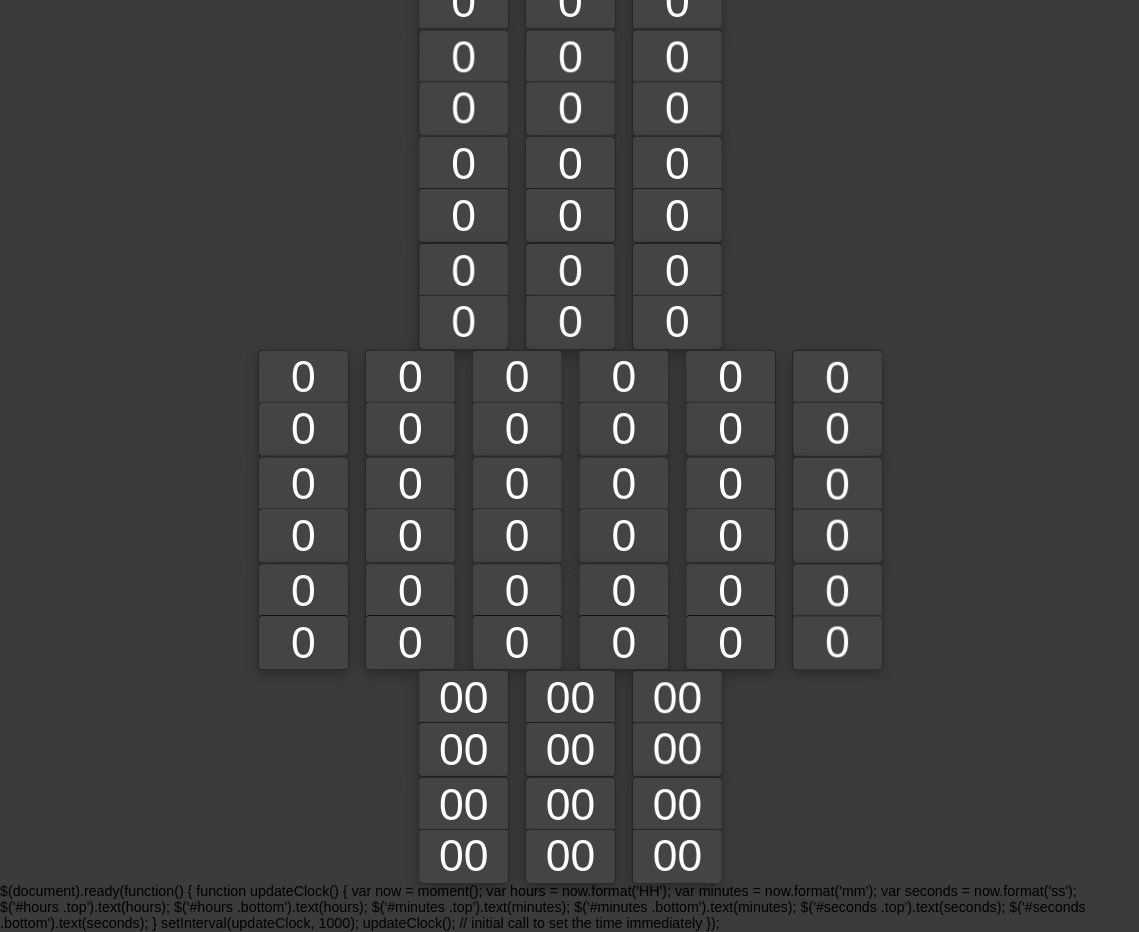
Repository: ThibautCptr/flip_clock
Page: index.html
The author's editor kept a copy of each file at every save. The page is drawn from the files as they stood at one save, then again after the next save.
The browser window is 1280 px wide. The pictures show the whole page, at 89% of full size.
Some web libraries are served in a nearby version.

Above is the page before, as saved 2024-09-18 18:51:11.
Console error: TypeError: $(...).FlipClock is not a function

After the next save:
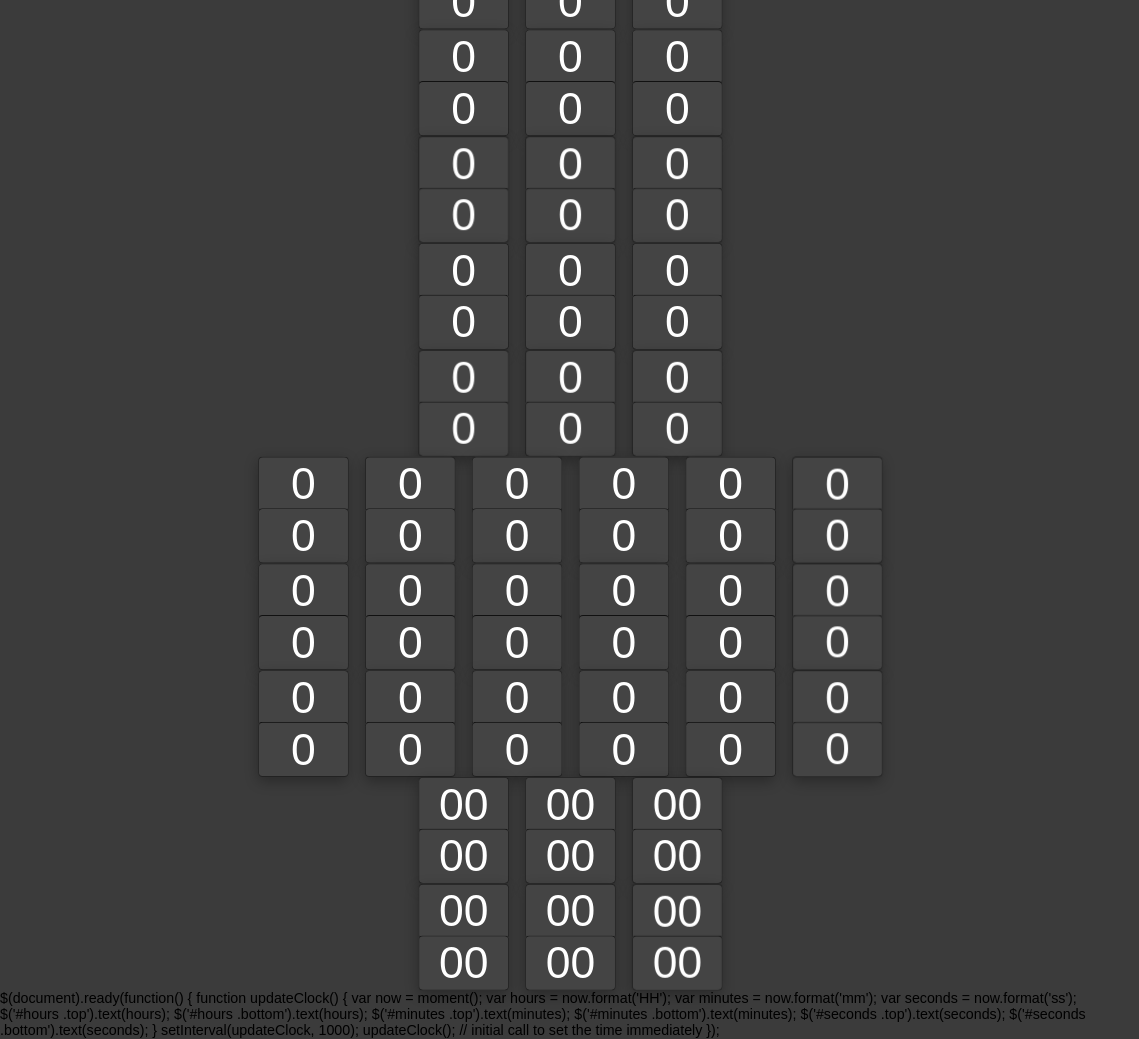
Saved 13 min 19 s later.
--- a/index.html
+++ b/index.html
@@ -1,3 +1,77 @@
+<!DOCTYPE html>
+<html lang="en">
+<head>
+    <meta charset="UTF-8">
+    <meta name="viewport" content="width=device-width, initial-scale=1.0">
+    <title>Flip Clock</title>
+    <link rel="stylesheet" href="./css/style.css">
+    <script src="https://code.jquery.com/jquery-3.5.1.min.js"></script>
+    <script src="./js/moment.js"></script>
+    <script src="./js/moment_tz.js"></script>
+    <script src="./js/script.js"></script>
+</head>
+<body>
+    <div class="clock">
+        <div class="time-unit" id="hours">
+            <div id="hours-tens" class="flip-unit">
+                <div class="flip-card">
+                    <div class="flip-card-inner">
+                        <div class="top">
+                            <div class="shadow"></div>
+                            <div class="inn">0</div>
+                        </div>
+                        <div class="bottom">0</div>
+                    </div>
+                </div>
+            </div>
+            <div id="hours-units" class="flip-unit">
+                <div class="flip-card">
+                    <div class="flip-card-inner">
+                        <div class="top">0</div>
+                        <div class="bottom">0</div>
+                    </div>
+                </div>
+            </div>
+        </div>
+        <div class="time-unit" id="minutes">
+            <div id="minutes-tens" class="flip-unit">
+                <div class="flip-card">
+                    <div class="flip-card-inner">
+                        <div class="top">0</div>
+                        <div class="bottom">0</div>
+                    </div>
+                </div>
+            </div>
+            <div id="minutes-units" class="flip-unit">
+                <div class="flip-card">
+                    <div class="flip-card-inner">
+                        <div class="top">0</div>
+                        <div class="bottom">0</div>
+                    </div>
+                </div>
+            </div>
+        </div>
+        <div class="time-unit" id="seconds">
+            <div id="seconds-tens" class="flip-unit">
+                <div class="flip-card">
+                    <div class="flip-card-inner">
+                        <div class="top">0</div>
+                        <div class="bottom">0</div>
+                    </div>
+                </div>
+            </div>
+            <div id="seconds-units" class="flip-unit">
+                <div class="flip-card">
+                    <div class="flip-card-inner">
+                        <div class="top">0</div>
+                        <div class="bottom">0</div>
+                    </div>
+                </div>
+            </div>
+        </div>
+    </div>
+</body>
+</html>
 <!DOCTYPE html>
 <html lang="en">
 <head>
